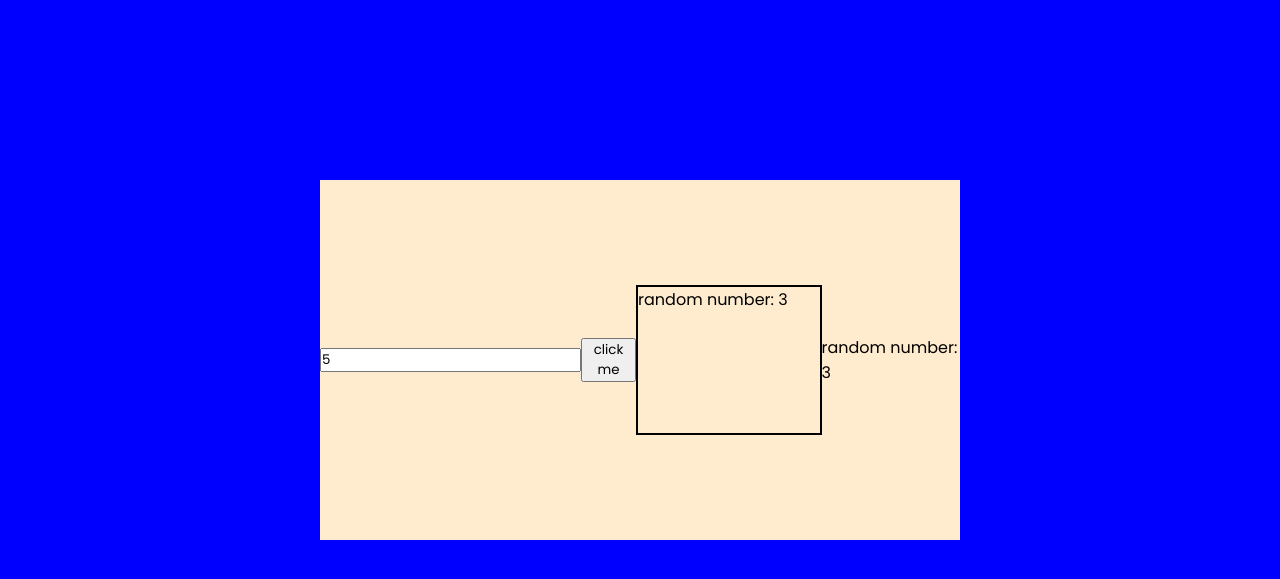
Repository: NarekTovmasyan/promise
Page: inex.html
An editor plug-in stored every save of this project. The page is shown before and after the next save, followed by the edit.
The browser window is 1280 px wide. The pictures show the whole page.
Empty fields were first filled with sample values (such as "Sample", 5 or name@example.com).
After loading, the first visible `#button` was clicked once.

Above is the page before, as saved 2022-02-21 22:43:44.
Console error: ReferenceError: Invalid left-hand side in assignment

After the next save:
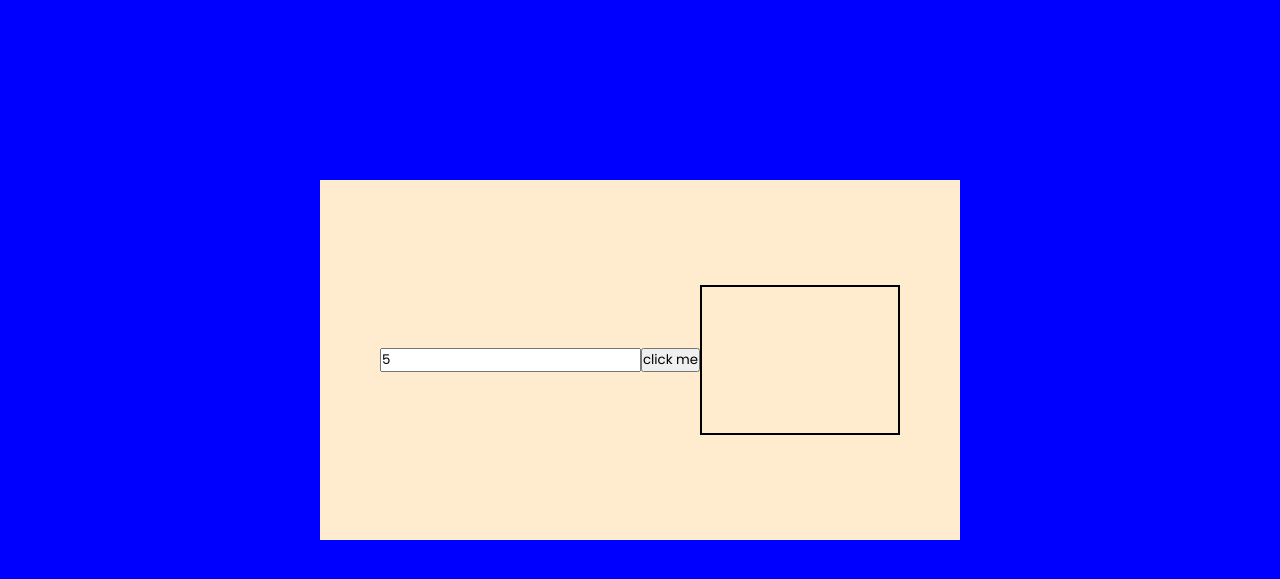
Console error: TypeError: Cannot set properties of null (setting 'innerText')
Saved 6 min 2 s later.
--- a/script.js
+++ b/script.js
@@ -48,7 +48,9 @@
 
 const value = document.getElementById("value");
 const button = document.getElementById("button")
-const showText = document.getElementById("show-text");
+    // const showText = document.getElementById("show-text");
+const p1Text = document.querySelector(".p1")
+const p2Text = document.querySelector(".p2")
 
 function randomNum(max) {
     return Math.floor(Math.random() * max) + 1;
@@ -56,7 +58,7 @@ function randomNum(max) {
 
 button.addEventListener("click", function() {
     let random = randomNum(6);
-    showText.innerText = "random number: " + random;
+    p1Text.innerText = "random number: " + random;
 
     let inputValue;
     if (Number(value.value) > 6 || Number(value.value) < 1) {
@@ -72,5 +74,5 @@ button.addEventListener("click", function() {
     } else {
         count += 0;
     }
-    showText.insertAdjacentHTML('afterend', showText.innerText) = "count number: " + count;
+    showText.insertAdjacentHTML('afterend', "count number: " + count);
 })
